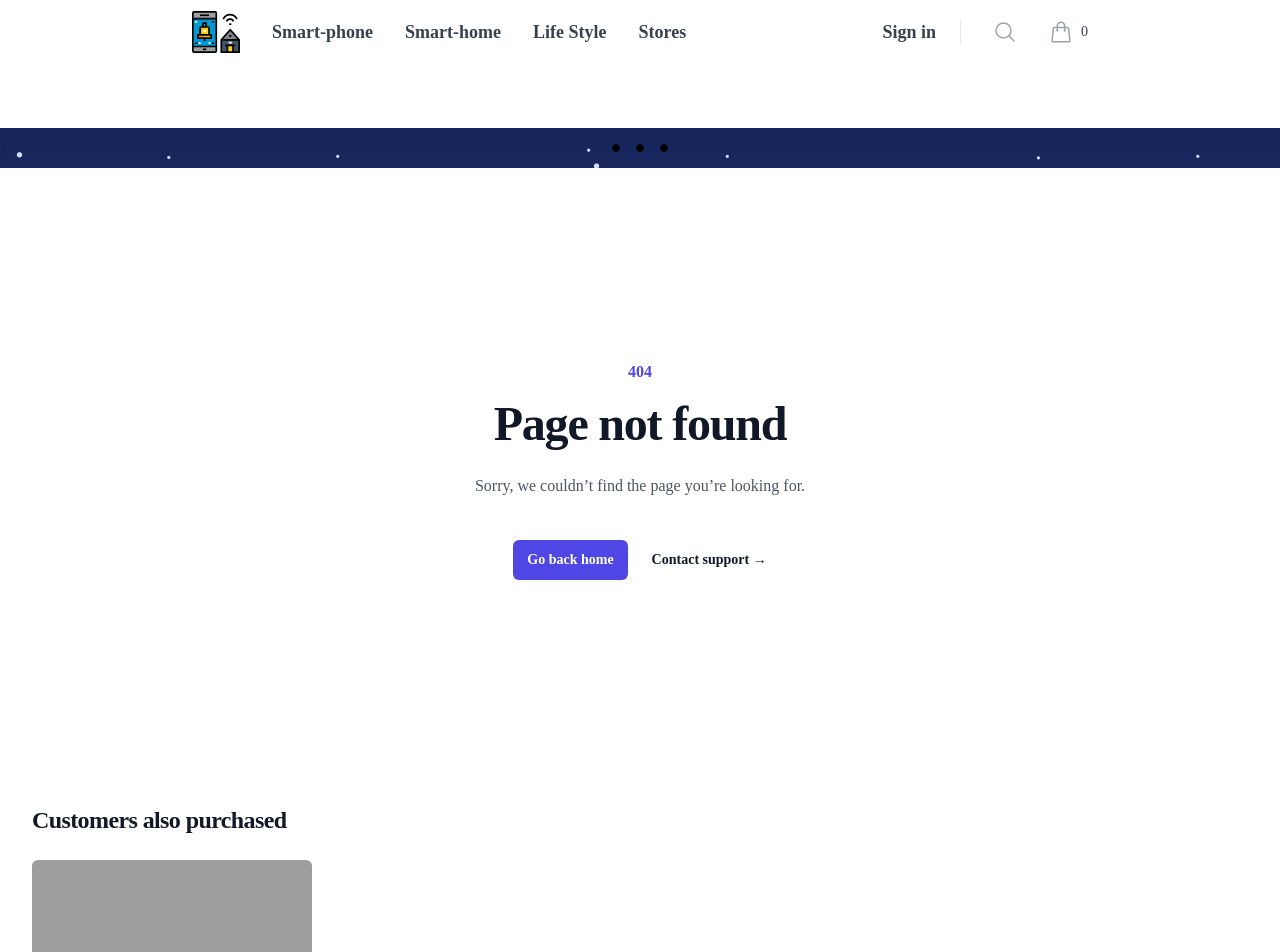
Repository: Gunplay/Smart-Home
Page: /
The author's editor kept a copy of each file at every save. The page is drawn from the files as they stood at one save, then again after the next save.
The browser window is 1280 px wide. The pictures show the part of the page from y = 0 to 952 px (the page is 1952 px tall before and 1912 px after).
Pictures or frames that could not be fetched are drawn as grey boxes. The project was rebuilt for these pictures with package versions that can differ from the ones it lists, and the page was loaded fresh each time. Also part of the build but not shown: vite.config.js, vite.config.ts.

Above is the page before, as saved 2024-06-25 13:07:24.

After the next save:
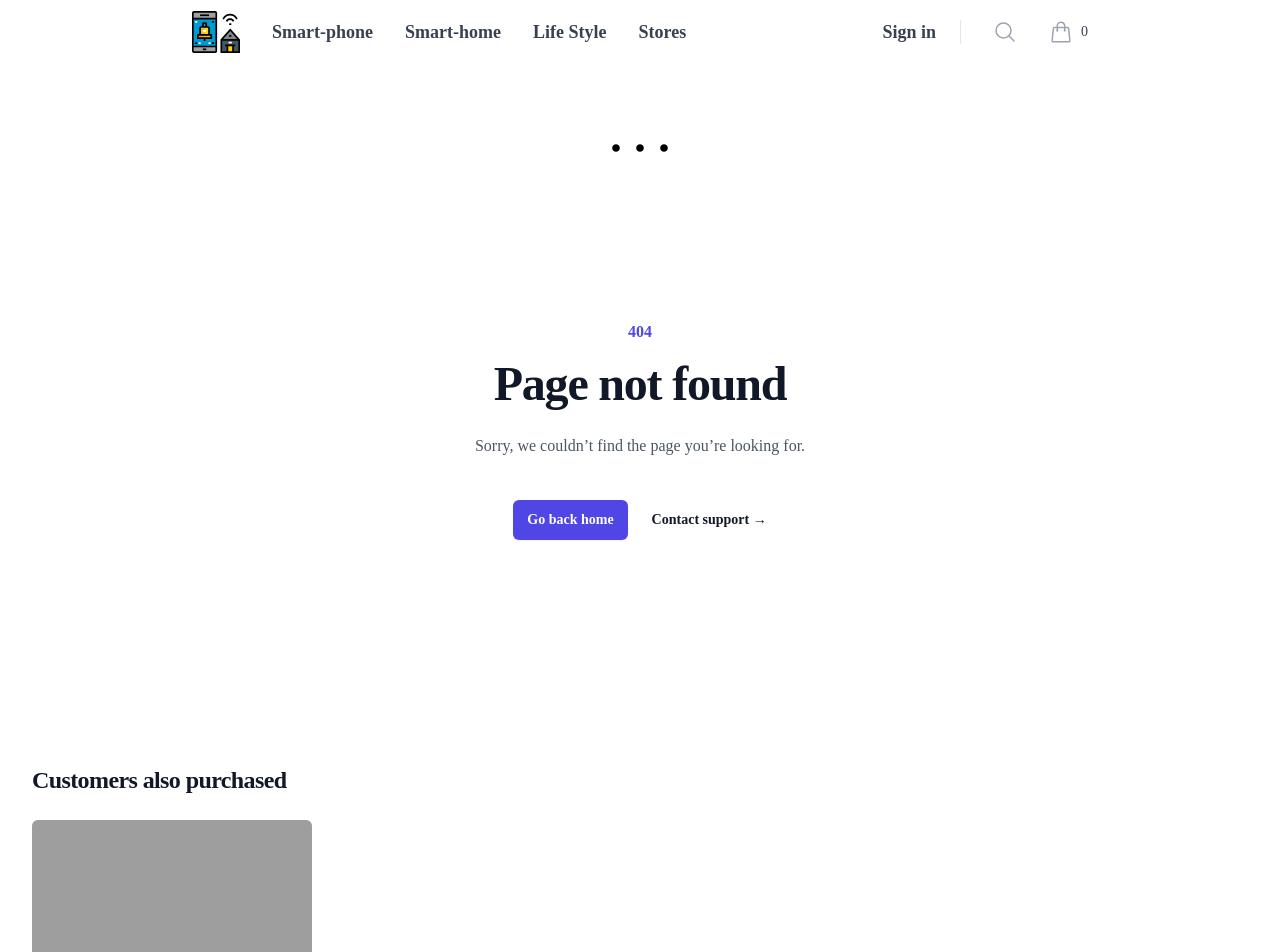
Saved 3 min 16 s later.
--- a/src/components/Carousel/index.tsx
+++ b/src/components/Carousel/index.tsx
@@ -42,25 +42,24 @@ const Carousel = () => {
 			<div
 				style={{ backgroundImage: `url(${slides[currentIndex].url})` }}
 				className='w-full h-full bg-center bg-cover duration-500'
-			>
-				<div className='flex bottom-4 justify-center py-2'>
-					{slides.map((slide, slideIndex) => (
-						<div
-							key={slideIndex}
-							className='text-2xl cursor-pointer'
-							onClick={() => goToSlide(slideIndex)}
-						>
-							<RxDotFilled />
-						</div>
-					))}
-				</div>
-			</div>
+			></div>
 			<div className='hidden group-hover:block absolute top-[50%] -translate-x-0 translate-y-[-50%] left-5 text-2xl rounded-full p-2 bg-black/20 text-white cursor-pointer'>
 				<BsChevronCompactLeft size={30} onClick={prevSlide} />
 			</div>
 			<div className='hidden group-hover:block absolute top-[50%] translate-y-[-50%] right-5 text-2xl rounded-full p-2 bg-black/20 text-white cursor-pointer'>
 				<BsChevronCompactRight size={30} onClick={nextSlide} />
 			</div>
+			<div className='absolute bottom-4 left-0 right-0 flex justify-center py-2'>
+				{slides.map((slide, slideIndex) => (
+					<div
+						key={slideIndex}
+						className='text-2xl cursor-pointer'
+						onClick={() => goToSlide(slideIndex)}
+					>
+						<RxDotFilled />
+					</div>
+				))}
+			</div>
 		</div>
 	);
 };
